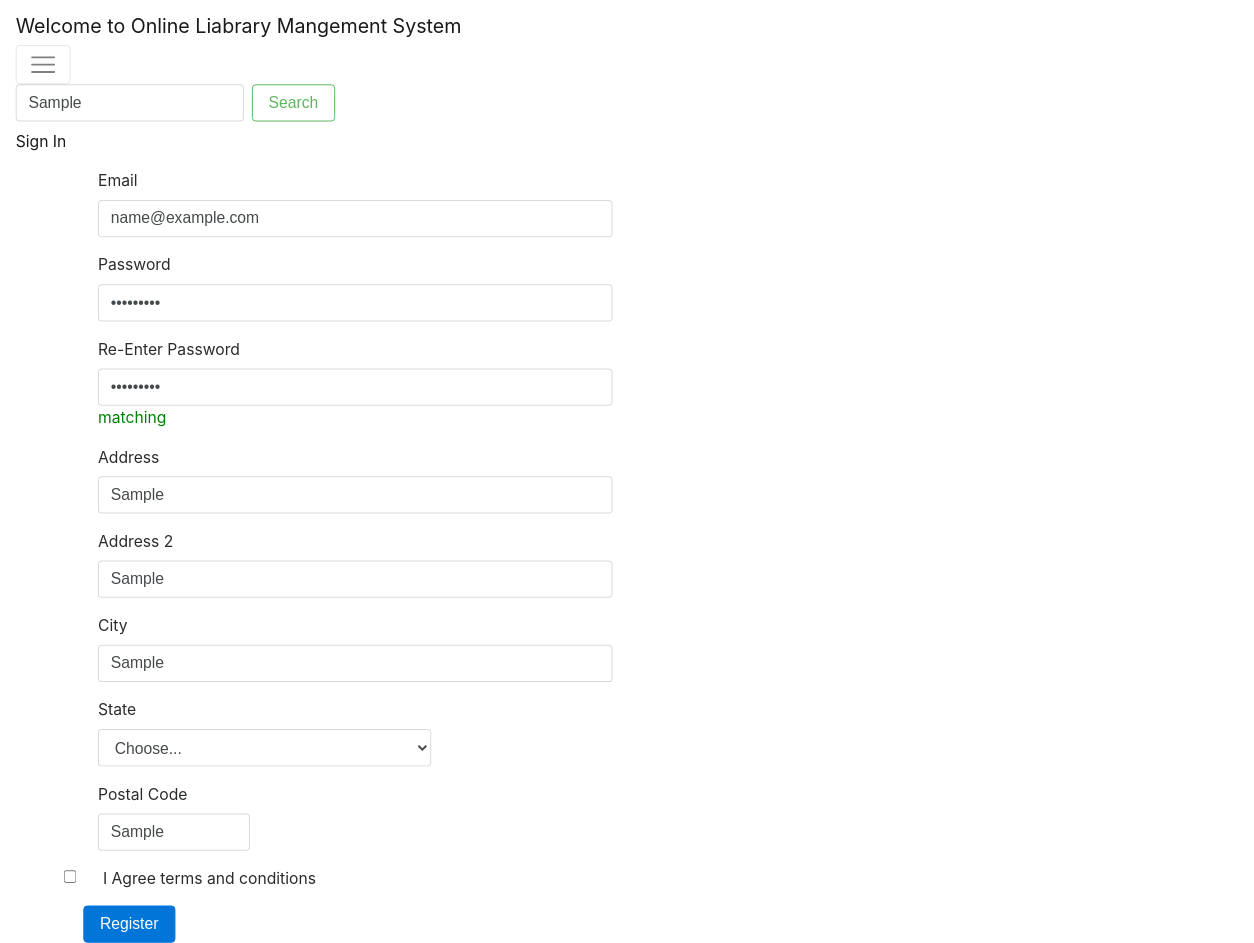
Repository: hakuna16/jdbcWorkingExampleUsingHTML
Page: http://localhost/ProjectForTest/registration.html
An editor plug-in stored every save of this project. The page is shown before and after the next save, followed by the edit.
The browser window is 1280 px wide. The pictures show the whole page, at 98% of full size.
Empty fields were first filled with sample values (such as "Sample", 5 or name@example.com).
After loading, the first visible `#inputPassword4` was changed once.
Some web libraries are served in a nearby version. The page is served by Tomcat 9. Other server files are loaded and not shown.

Above is the page before, as saved 2018-01-19 11:22:28.
Console error (its wording comes from the project's code and is left out).

### ProjectForTest/WebContent/registration.html
<!DOCTYPE html>
<html>
<head>
<meta charset="ISO-8859-1">
<title>Liabrary Management System</title>
<link rel="stylesheet"
	href="https://maxcdn.bootstrapcdn.com/bootstrap/4.0.0-beta.3/css/bootstrap.min.css"
	integrity="sha384-Zug+QiDoJOrZ5t4lssLdxGhVrurbmBWopoEl+M6BdEfwnCJZtKxi1KgxUyJq13dy"
	crossorigin="anonymous">

<script src="https://code.jquery.com/jquery-3.2.1.slim.min.js"
	integrity="sha384-KJ3o2DKtIkvYIK3UENzmM7KCkRr/rE9/Qpg6aAZGJwFDMVNA/GpGFF93hXpG5KkN"
	crossorigin="anonymous"></script>
<script
	src="https://cdnjs.cloudflare.com/ajax/libs/popper.js/1.12.9/umd/popper.min.js"
	integrity="sha384-ApNbgh9B+Y1QKtv3Rn7W3mgPxhU9K/ScQsAP7hUibX39j7fakFPskvXusvfa0b4Q"
	crossorigin="anonymous"></script>
<script
	src="https://maxcdn.bootstrapcdn.com/bootstrap/4.0.0-beta.3/js/bootstrap.min.js"
	integrity="sha384-a5N7Y/aK3qNeh15eJKGWxsqtnX/wWdSZSKp+81YjTmS15nvnvxKHuzaWwXHDli+4"
	crossorigin="anonymous"></script>
</head>
<body>
	<header>
		<nav class="navbar navbar-expand-lg navbar-light bg-light">
			<a class="navbar-brand" href="/ProjectForTest/index.html">Welcome
				to Online Liabrary Mangement System</a>
			<button class="navbar-toggler" type="button" data-toggle="collapse"
				data-target="#navbarNav" aria-controls="navbarNav"
				aria-expanded="false" aria-label="Toggle navigation">
				<span class="navbar-toggler-icon"></span>
			</button>
			<div class="collapse navbar-collapse" id="navbarNav">
				<ul class="navbar-nav">
					<li class="nav-item active"><a class="nav-link"
						href="/ProjectForTest/index.html"> Home <span class="sr-only">(current)</span></a>
					</li>
					<li class="nav-item"><a class="nav-link"
						href="/ProjectForTest/login.html"">Login</a></li>
					<li class="nav-item"><a class="nav-link"
						href="/ProjectForTest/registration.html"">Register</a></li>
				</ul>
			</div>
			<form class="form-inline my-2 my-lg-0">
				<input class="form-control mr-sm-2" type="search"
					placeholder="Search">
				<button class="btn btn-outline-success my-2 my-sm-0" type="submit">Search</button>
			</form>
			<ul class="navbar-nav">
				<li class="nav-item active"><a class="nav-link"
					href="/ProjectForTest/index.html"> Sign In <span
						class="sr-only">(current)</span></a></li>
			</ul>
		</nav>

	</header>
	<div class="container">
		<form method="POST" action="Registration" id="regestrationForm">
			<div class="form-group">
				<div class="form-group col-md-6">
					<label for="inputEmail4">Email</label> <input type="email"
						class="form-control" id="inputEmail4" placeholder="Email" name="email">
				</div>
				<div class="form-group col-md-6">
					<label for="inputPassword4">Password</label> <input type="password"
						class="form-control" id="inputPassword4" placeholder="Password" name="password1" onkeyup="passwordChecker()">
				</div>
				<div class="form-group col-md-6">
					<label for="inputPassword4">Re-Enter Password</label> <input
						type="password" class="form-control" id="inputPassword4-2"
						placeholder="Password" name="password2" onkeyup="passwordChecker()">
						<span id='message'></span>
				</div>
			</div>
			<div class="form-group col-md-6">
				<label for="inputAddress">Address</label> <input type="text"
					class="form-control" id="inputAddress" placeholder="1234 Main St" name="address1">
			</div>
			<div class="form-group col-md-6">
				<label for="inputAddress2">Address 2</label> <input type="text"
					class="form-control" id="inputAddress2"
					placeholder="Apartment, studio, or floor" name="address2">
			</div>
			<div class="form-group">
				<div class="form-group col-md-6">
					<label for="inputCity">City</label> <input type="text"
						class="form-control" id="inputCity" name="city">
				</div>
				<div class="form-group col-md-4">
					<label for="inputState">State</label> <select id="inputState"
						class="form-control" name="state">
						<option selected>Choose...</option>
						<option value="Andaman and Nicobar Islands">Andaman and
							Nicobar Islands</option>
						<option value="Andhra Pradesh">Andhra Pradesh</option>
						<option value="Arunachal Pradesh">Arunachal Pradesh</option>
						<option value="Assam">Assam</option>
						<option value="Bihar">Bihar</option>
						<option value="Chandigarh">Chandigarh</option>
						<option value="Chhattisgarh">Chhattisgarh</option>
						<option value="Dadra and Nagar Haveli">Dadra and Nagar Haveli</option>
						<option value="Daman and Diu">Daman and Diu</option>
						<option value="Delhi">Delhi</option>
						<option value="Goa">Goa</option>
						<option value="Gujarat">Gujarat</option>
						<option value="Haryana">Haryana</option>
						<option value="Himachal Pradesh">Himachal Pradesh</option>
						<option value="Jammu and Kashmir">Jammu and Kashmir</option>
						<option value="Jharkhand">Jharkhand</option>
						<option value="Karnataka">Karnataka</option>
						<option value="Kerala">Kerala</option>
						<option value="Lakshadweep">Lakshadweep</option>
						<option value="Madhya Pradesh">Madhya Pradesh</option>
						<option value="Maharashtra">Maharashtra</option>
						<option value="Manipur">Manipur</option>
						<option value="Meghalaya">Meghalaya</option>
						<option value="Mizoram">Mizoram</option>
						<option value="Nagaland">Nagaland</option>
						<option value="Orissa">Orissa</option>
						<option value="Pondicherry">Pondicherry</option>
						<option value="Punjab">Punjab</option>
						<option value="Rajasthan">Rajasthan</option>
						<option value="Sikkim">Sikkim</option>
						<option value="Tamil Nadu">Tamil Nadu</option>
						<option value="Tripura">Tripura</option>
						<option value="Uttaranchal">Uttaranchal</option>
						<option value="Uttar Pradesh">Uttar Pradesh</option>
						<option value="West Bengal">West Bengal</option>
					</select>
				</div>
				<div class="form-group col-md-2">
					<label for="inputZip">Postal Code</label> <input type="text"
						class="form-control" id="inputZip" name="zipcode">
				</div>
			</div>
			<div class="form-group">
				<div class="form-check">
					<input class="form-check-input" type="checkbox" id="gridCheck">
					<label class="form-check-label" for="gridCheck"> I Agree
						terms and conditions </label>
				</div>
			</div>
			<button type="button" class="btn btn-primary" onclick="validation()">Register</button>
		</form>
	</div>
	<script type="text/javascript" src="/ProjectForTest/js/registration.js"></script>
</body>
</html>

### ProjectForTest/WebContent/js/registration.js
function validation(){
	var email = document.getElementById("inputEmail4").value;
	var password = document.getElementById("inputPassword4").value;
	var password2 = document.getElementById("inputPassword4-2").value;
	var inputAddress = document.getElementById("inputAddress").value;
	var inputAddress2 = document.getElementById("inputAddress2").value;
	var inputCity = document.getElementById("inputCity").value;
	var inputState = document.getElementById("inputState").value;
	var inputZip = document.getElementById("inputZip").value;
	var gridCheck = document.getElementById("gridCheck").value;

	if(email === ""){
		alert("please enter Email")
		return false;
	}else if(password === ""){
		alert("please enter password")
		return false;
	}else if(password2 === ""){
		alert("please enter password2")
		return false;
	}else if(inputAddress === ""){
		alert("please enter password")
		return false;
	}else if(inputAddress2 === ""){
		alert("please enter password")
		return false;
	}else if(inputCity === ""){
		alert("please enter password")
		return false;
	}else if(inputState === ""){
		alert("please enter password")
		return false;
	}else if(inputZip === ""){
		alert("please enter password")
		return false;
	}else if(gridCheck === ""){
		alert("please enter password")
		return false;
	}else if(email != "" && password != "" && password2 != "" && inputAddress != "" && inputAddress2 != "" && inputCity != "" && inputState != "" && inputZip != "" && gridCheck != ""){
		document.getElementById("regestrationForm").submit();
	}

}

function passwordChecker(){

	var password = document.getElementById("inputPassword4").value;
	var password2 = document.getElementById("inputPassword4-2").value;

	if(password !== password2){
		document.getElementById('message').style.color = 'green';
	    document.getElementById('message').innerHTML = 'matching';
	}else{
		document.getElementById('message').style.color = 'red';
	    document.getElementById('message').innerHTML = 'not matching';
	}
}

After the next save:
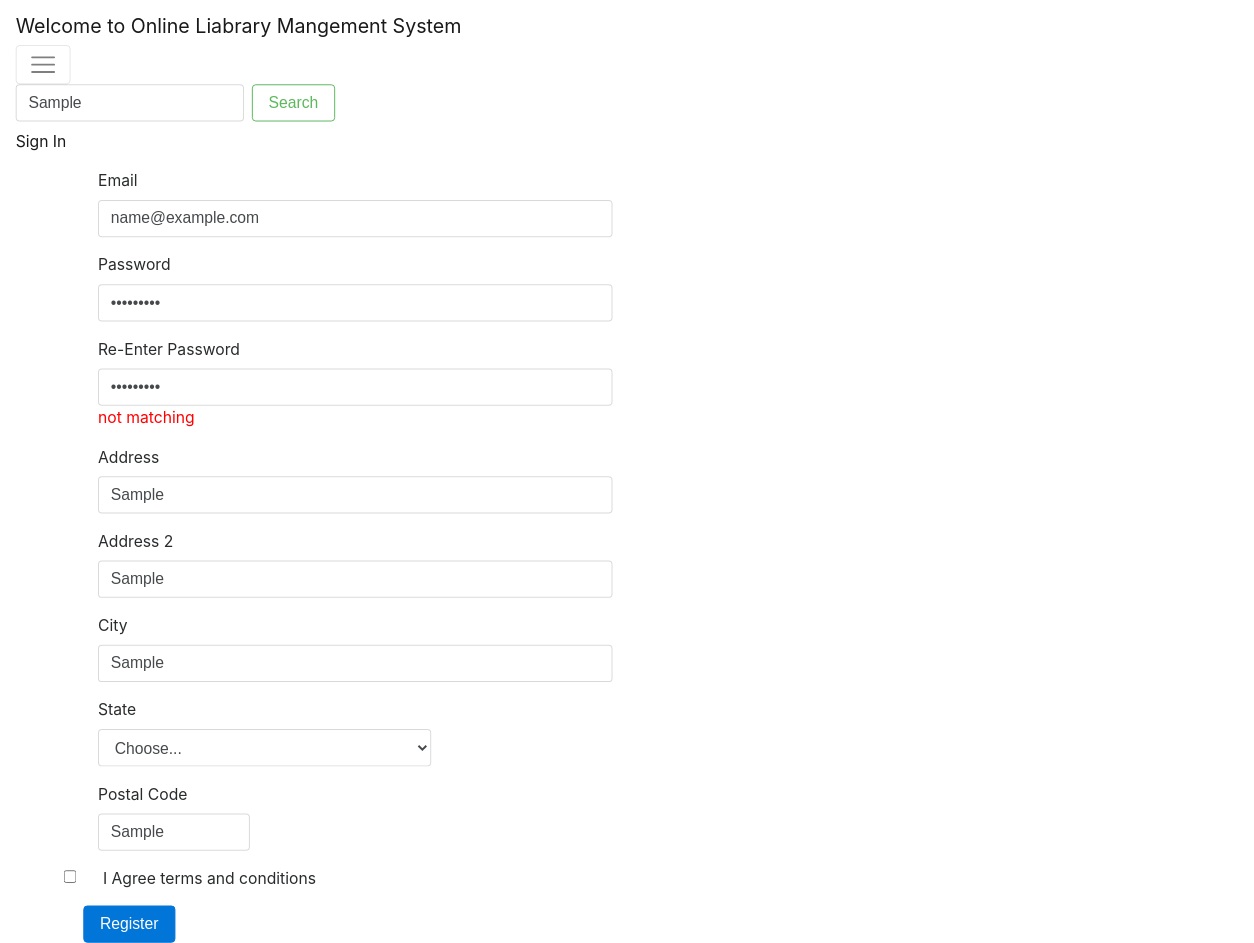
Saved 63 s later.
--- a/ProjectForTest/WebContent/js/registration.js
+++ b/ProjectForTest/WebContent/js/registration.js
@@ -47,7 +47,7 @@ function passwordChecker(){
 	var password = document.getElementById("inputPassword4").value;
 	var password2 = document.getElementById("inputPassword4-2").value;
 
-	if(password !== password2){
+	if(password == password2){
 		document.getElementById('message').style.color = 'green';
 	    document.getElementById('message').innerHTML = 'matching';
 	}else{
